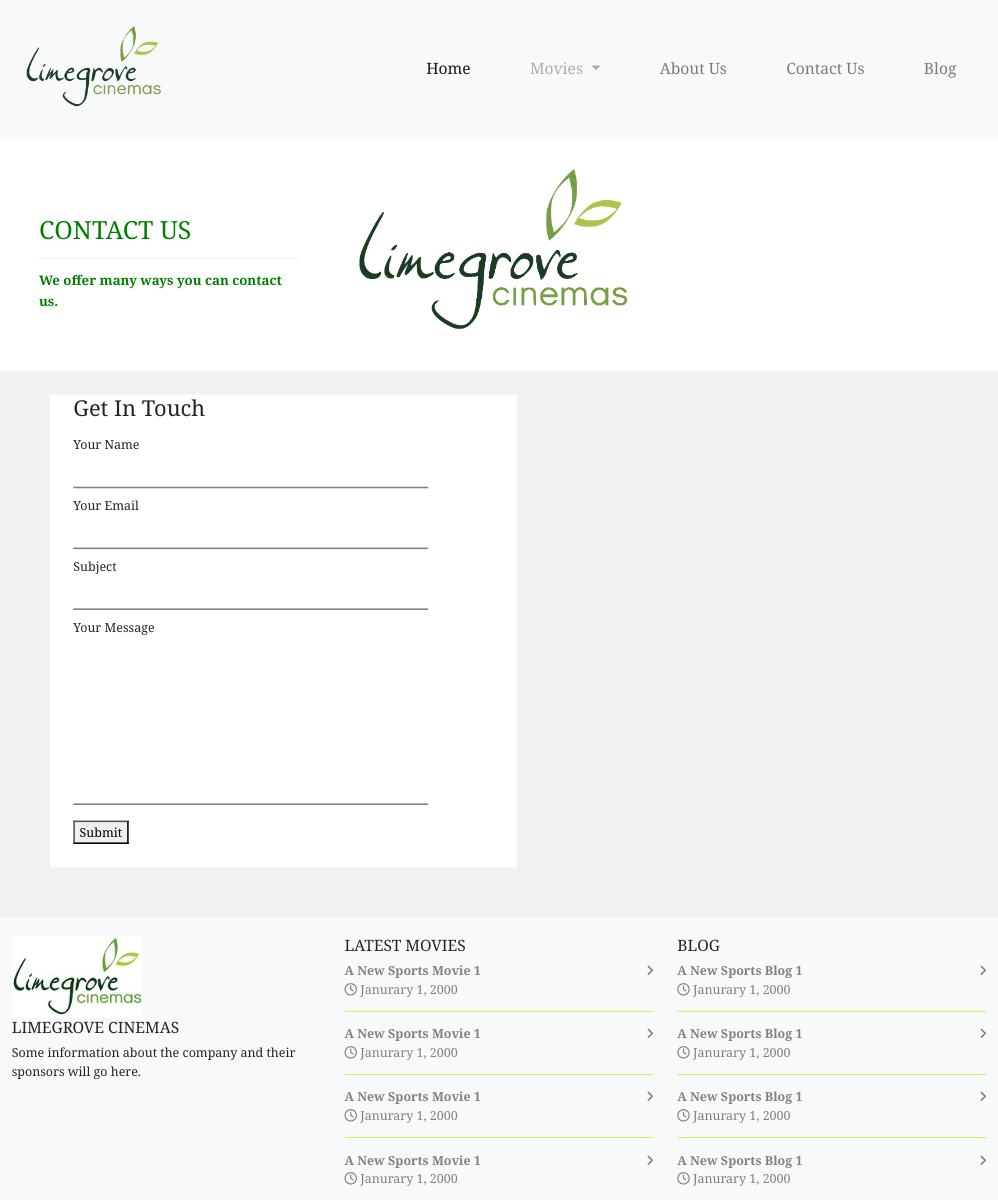
Repository: SimplyZacc/movie-web-template
Page: http://localhost/contactus.php
These files come from the project's save history. The page is drawn as it stood at one moment and after the next save; the edit follows.
The browser window is 1280 px wide. The pictures show the whole page, at 78% of full size.
Some web libraries are served in a nearby version. The page is run by PHP 8.4 with error messages shown; the project is at /var/www/html/.

Above is the page before, as saved 2020-03-28 19:27:15.

After the next save:
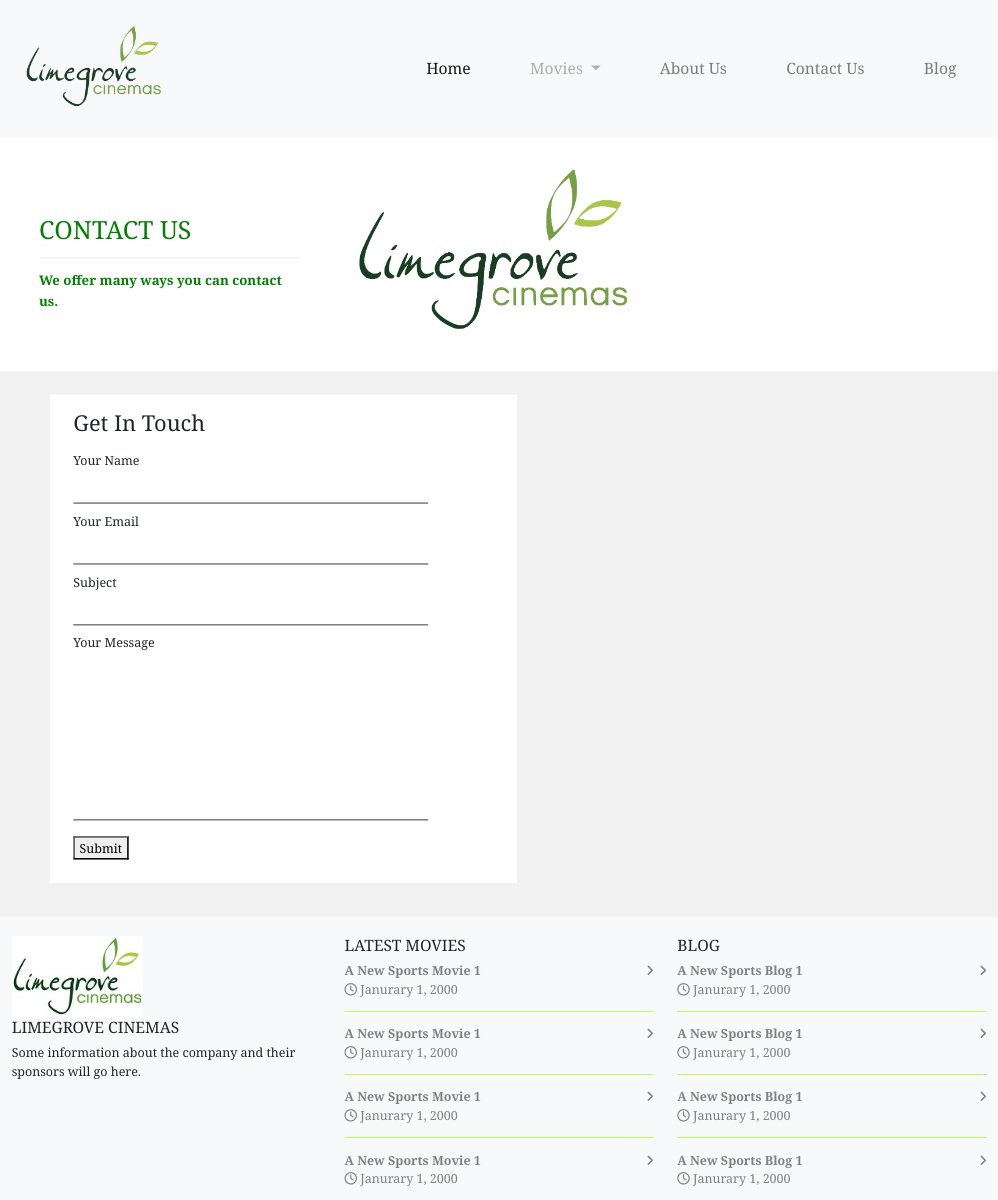
Saved 15 s later.
--- a/contactus.php
+++ b/contactus.php
@@ -21,7 +21,7 @@ include "templates/header.php";
             <form action="/">
                 <div class="contact-form-info">
                     <div class="contact-form-info2">
-                <h3>Get In Touch</h3>
+                        <h3 style="padding-top: 20px">Get In Touch</h3>
                         <p class="contact-form-text">Your Name</p>
                         <input type="text" name="name" class="contact-form-input">
                         <p class="contact-form-text">Your Email</p>
